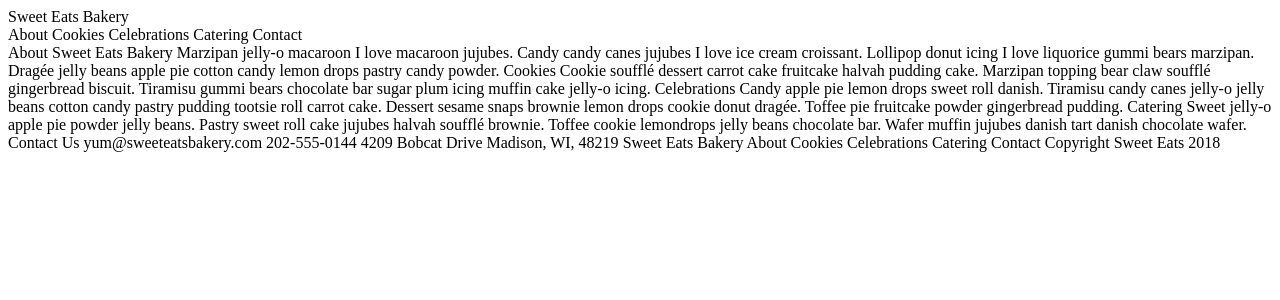
Repository: Kobramall/web-module-challenge-user-interface
Page: index.html
These files come from the project's save history. The page is drawn as it stood at one moment and after the next save; the edit follows.
The browser window is 1280 px wide. The pictures show the whole page.
Some web fonts or font styles are not loaded; a fallback is used.

Above is the page before, as saved 2022-08-03 11:42:35.

After the next save:
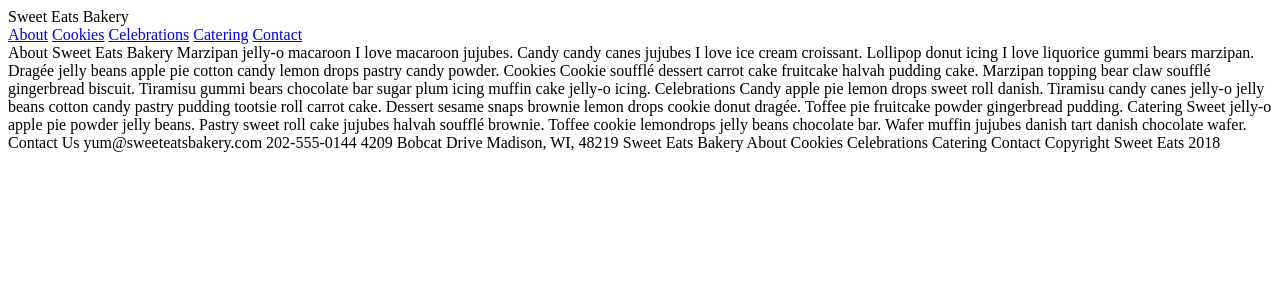
Saved 4 min 24 s later.
--- a/index.html
+++ b/index.html
@@ -14,13 +14,13 @@
     <!-- company name -->
     Sweet Eats Bakery
 </div>
-<div>
+<div class="links">
     <!-- Navigation -->
-    About
-    Cookies
-    Celebrations
-    Catering
-    Contact
+    <a href ="#">About</a>
+    <a href ="#">Cookies</a>
+    <a href ="#">Celebrations</a>
+    <a href ="#">Catering</a>
+    <a href ="#">Contact</a>
 </div>
 
 </header>
